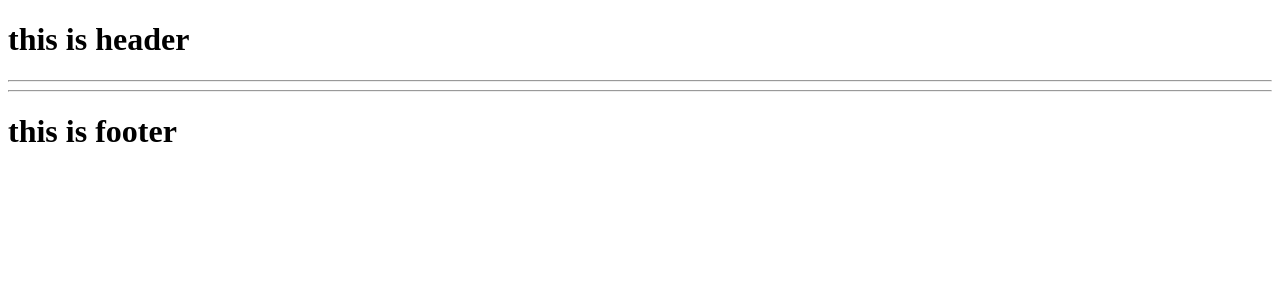
Repository: adit22747/java
Page: http://localhost/jsp-example/user.jsp
An editor plug-in stored every save of this project. The page is shown before and after the next save, followed by the edit.
The browser window is 1280 px wide. The pictures show the whole page.
The page is served by Tomcat 9.

Above is the page before, as saved 2021-02-02 09:54:38.

After the next save:
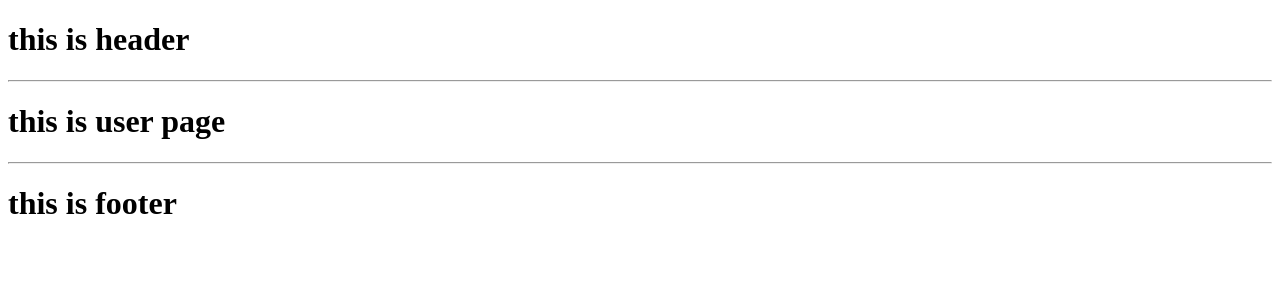
Saved 34 s later.
--- a/advance_java/programs/jsp-example/src/main/webapp/user.jsp
+++ b/advance_java/programs/jsp-example/src/main/webapp/user.jsp
@@ -1,2 +1,6 @@
 <%@ include file="header.jsp"%>
+<!--  actual logic of the page -->
+
+<h1>this is user page</h1>
+
 <%@ include file="footer.jsp"%>
